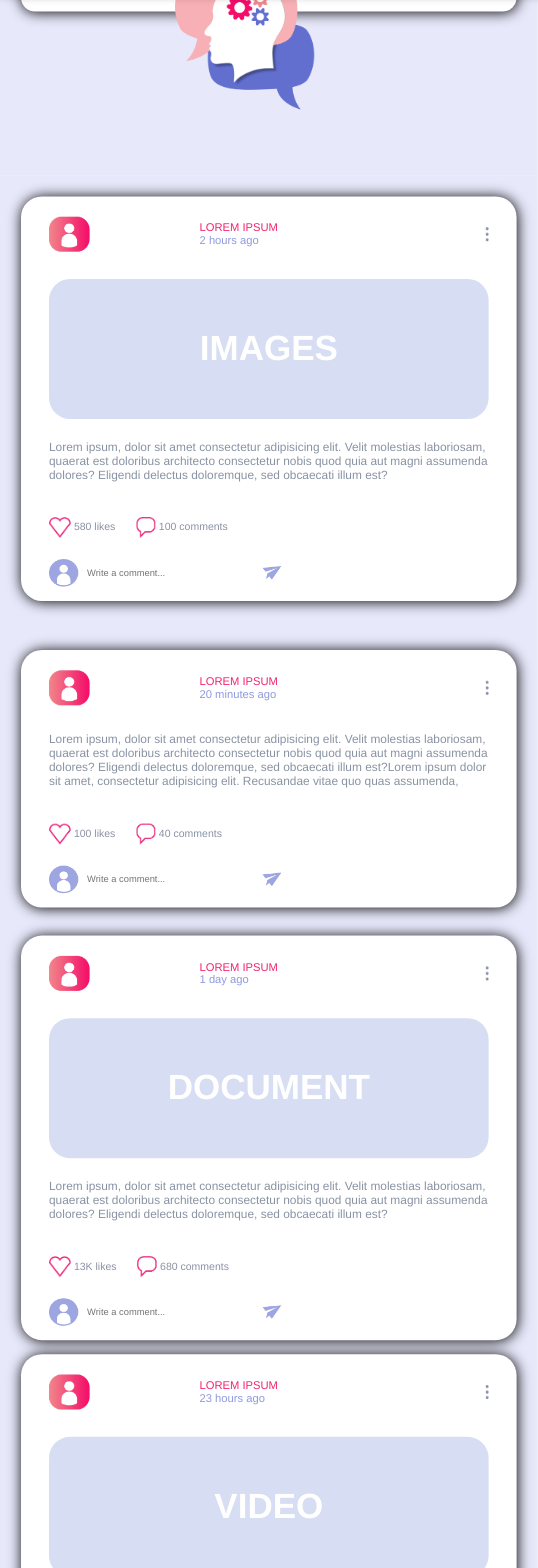
Repository: hemantsaini-7/FeedBoardMKB
Page: /
The author's editor kept a copy of each file at every save. The page is drawn from the files as they stood at one save, then again after the next save.
The browser window is 768 px wide. The pictures show the part of the page from y = 812 to 3052 px (the page is 3520 px tall), at 70% of full size.
The project was rebuilt for these pictures with package versions that can differ from the ones it lists, and the page was loaded fresh each time.

Above is the page before, as saved 2020-07-30 20:15:52.

### src/App.js
import React from "react";
import Upper from "./components/Upper";
import Bottom from "./components/Bottom";
import "./style.css";
import "./media.css";

function App() {
  return (
    <div>
      <Upper />
      <Bottom />
    </div>
  );
}

export default App;

### src/components/Upper.js
import React, { Fragment } from "react";
import cameraIcon from "./assets/Images/camera-icon.png";
import videoIcon from "./assets/Images/video-icon.png";
import fileIcon from "./assets/Images/file-icon.png";
import buttonIcon from "./assets/Images/button-icon.png";
import Illustration from "./assets/Images/illustration.png";
import TextLines from "./assets/ImgMobile/textlines.png";
import Dashed from "./assets/ImgMobile/dashed.png";
import ImgIcon from "./assets/ImgMobile/imageicon.png";
import VidIcon from "./assets/ImgMobile/videoicon.png";
import DocIcon from "./assets/ImgMobile/docicon.png";
import MobIll from "./assets/ImgMobile/mob-ill.png";
import Header from "./Header";

function Upper() {
  return (
    <Fragment>
      <Header />
      <div className='upper'>
        <div className='top-block'>
          <h1 className='upper-head'>
            SPEAK YOUR <span className='mkbspan'>MAN KI BAAT</span>
          </h1>
          <div className='input-div'>
            <textarea id='text' className='input-field'></textarea>
          </div>
          <div className='icons'>
            <img src={cameraIcon} alt='' />
            <img src={videoIcon} alt='' />
            <img src={fileIcon} alt='' className='fileicon' />
            <div className='share-btn'>
              <h3>SHARE</h3>
              <img src={buttonIcon} alt='' className='btnicon' />
            </div>
          </div>
        </div>
        <div className='right-img'>
          <img src={Illustration} alt='' />
        </div>

        <div className='waves'></div>
      </div>
      <div className='mobile-upper'>
        <div className='upper-mob'>
          <h1 className='upper-tophead'>
            Share Your <span style={{ color: "#626fcf" }}>Man Ki Baat</span>
          </h1>
          <img src={TextLines} alt='' className='textlines' />
          <div className='sharing'>
            <img src={Dashed} alt='' className='dashed' />
            <img src={ImgIcon} alt='' className='shicon imgicon' />
            <img src={VidIcon} alt='' className='shicon vidicon' />
            <img src={DocIcon} alt='' className='shicon docicon' />
            <p className='para-mob'>
              Upload your images, videos or documents here
            </p>
          </div>
          <button className='btn-share'>Share Now!</button>
        </div>
        <img src={MobIll} className='mob-right-img' alt='' />
      </div>
    </Fragment>
  );
}

export default Upper;

### src/components/Bottom.js
import React, { Fragment } from "react";
import buttonIcon from "./assets/Images/button-icon.png";
import PostBlockOne from "./PostBlockOne";
import PostBlockTwo from "./PostBlockTwo";
import PostBlockThree from "./PostBlockThree";
import PostBlockFour from "./PostBlockFour";
import Footer from "./Footer";

function Bottom() {
  return (
    <Fragment>
      <div className='bottom'>
        <div className='b-content'>
          <div className='b-upper'>
            <PostBlockOne />
            <PostBlockTwo />
          </div>
          <div className='b-lower'>
            <PostBlockThree />
            <PostBlockFour />
          </div>
        </div>
        <div className='bottom-btn'>
          <img src={buttonIcon} className='btnimg' alt='' />
          <button href='#' className='btn-bottom'>
            Load More
          </button>
        </div>
      </div>
      <Footer />
    </Fragment>
  );
}

export default Bottom;

### src/style.css
body {
  margin: 0px auto;
  overflow-x: hidden;
}
.upper {
  background: url("./components/assets/Images/bck1.png");
  position: relative;
  padding-top: 100px;
  margin: 0px;
}

.waves {
  background: url("./components/assets/Images/waves.png") center no-repeat;
  background-size: cover;
  width: 100%;
  height: 300px;
}

.mkbspan {
  color: #8f99dd;
}
.btnicon {
  width: 150px !important;
  height: 40px;
}
.fileicon {
  width: 50px;
  height: 40px;
}
.addpara {
  color: white;
  font-weight: bold;
  margin-top: 70px;
  font-size: 50px;
  text-align: center;
  font-family: Helvetica, sans-serif;
}
.btniconstyle {
  height: 40px;
  display: flex;
  margin: auto;
}
.newhead {
  color: #ffd9de;
}
.top-block {
  position: relative;
  background-color: #fff;
  box-shadow: 1px 1px 20px #000;
  padding: 20px 40px;
  display: flex;
  flex-direction: column;
  border-radius: 30px;
  width: 800px;
  height: 400px;
  margin: 0px 140px;
  margin-bottom: 100px;
}

.right-img img {
  z-index: 100;
  position: absolute;
  width: 400px;
  height: 400px;
  top: 150px;
  left: 940px;
}
.upper-head {
  border-radius: 25px;
  box-shadow: 0px 0px 10px 0px #000;
  padding: 16px 20px;
  width: 840px;
  font-family: Helvetica, sans-serif;
  color: #f3236f;
  font-size: 40px;
  z-index: 100;
  position: absolute;
  top: -27px;
  left: 0px;
}

.icons {
  position: absolute;
  top: 300px;
  margin-top: 60px;
}
.icons img {
  cursor: pointer;
  margin-left: 20px;
  width: 50px;
}
.share-btn {
  position: absolute;
  cursor: pointer;
  top: 0px;
  left: 600px;
}
.share-btn h3 {
  position: absolute;
  top: -10px;
  left: 60px;
  color: #fff;
  font-family: Helvetica, sans-serif;
}
.input-field {
  position: absolute;
  top: 150px;
  left: 50px;
  height: 160px;
  width: 700px;
  font-size: 18px;
  border: 0;
  color: #8992a3;
}
.input-field:focus {
  outline: none;
}
/* !@###############################!@#@#@!#@!#@!#@!!!!!!!!1111111 */

.bottom {
  background: url("./components/assets/Images/bck2.png") no-repeat center;
  background-size: cover;
  margin: 0px;
  font-family: Helvetica, sans-serif;
}
.b-content {
  margin-top: 0px;
  display: grid;
  grid-template-columns: 1fr;
  grid-gap: 30px;
}
.b-upper,
.b-lower {
  margin: 30px 80px;
  display: grid;
  grid-template-columns: repeat(2, 1fr);
  grid-gap: 20px;
}
.block {
  background-color: #fff;
  box-shadow: 1px 1px 20px #000;
  padding: 20px 40px;
  display: flex;
  flex-direction: column;
  border-radius: 30px;
}

.feedboard-title {
  font-family: Helvetica, sans-serif;
  color: #f7b0b9;
  font-size: 5rem;
  text-align: center;
  margin: 30px;
  margin-top: 50px;
}
.head-block {
  display: flex;
  justify-content: space-between;
  align-items: center;
}
.head-block p {
  color: #f3236f;
}
.block-content {
  color: #8992a3;
  font-weight: 400;
  font-size: 17px;
  margin-top: 30px;
}
.block-bottom {
  display: flex;
  margin-top: 20px;
  margin-left: -30px;
}
.like {
  cursor: pointer;
  height: 30px;
  margin: 30px;
}
.comment {
  cursor: pointer;
  height: 30px;
  margin: 30px;
}
.textl {
  color: #8992a3;
  font-size: 15px;
  margin-top: 35px;
  margin-left: -25px;
}
.profile-icon {
  cursor: pointer;
  height: 50px;
}
.dots {
  cursor: pointer;
  height: 20px;
}
.video-div {
  margin-top: 30px;
  height: 200px;
  border-radius: 30px;
  background-color: #d7def4;
}
.document-div {
  margin-top: 30px;
  height: 200px;
  border-radius: 30px;
  background-color: #d7def4;
}
.images-div {
  margin-top: 30px;
  height: 200px;
  border-radius: 30px;
  background-color: #d7def4;
}
.head-head {
  margin-left: -280px;
}
.btnimg {
  position: relative;
  top: 0px;
  left: 686px;
  width: 150px;
}
.btn-bottom {
  position: absolute;
  font-size: 20px;
  font-weight: bold;
  text-decoration: none;
  color: #fff;
  position: relative;
  left: 525px;
  top: -13px;
  padding: 20px 30px;
}
.inner-block {
  position: relative;
  top: 39px;
}
.commentSection {
  display: none;
}

.fbfooter {
  display: none;
}
.headerMob {
  display: none;
}
.mobile-upper {
  display: none;
}

### src/media.css
@media (max-width: 768px) {
  * {
    font-family: Helvetica, sans-serif;
  }
  .mobile-upper {
    background-color: #e7e8fa;
    display: block;
    margin-top: 100px;
    padding-top: 10px;
  }
  .upper {
    display: none;
  }
  .bottom {
    overflow: hidden;
    margin: 0px;
  }

  .b-upper,
  .b-lower {
    margin: 30px 0px;
    display: grid;
    grid-template-columns: 1fr;
  }
  .b-lower {
    margin-bottom: 150px;
  }
  .textl {
    color: #8992a3;
    font-size: 15px;
    margin-top: 35px;
    margin-left: -25px;
  }
  .block {
    margin: 0 30px;
  }
  .head-head {
    margin-left: -140px;
  }
  .btn-bottom {
    display: none;
  }
  .inner-block {
    position: relative;
    top: 50px;
  }
  .feedboard-title {
    font-size: 4rem;
    margin-top: 50px;
    margin-bottom: 0px;
  }
  /* havdshsgdhghjdahkjsahjkdbhkaslkdm */

  body {
    overflow: visible;
  }

  .header-img {
    top: 74px;
    left: 19px;
    width: 455px;
    height: 70px;
  }

  .top-block {
    width: 370px;
    height: 400px;
    margin: 0px 20px;
  }

  .right-img img {
    top: 600px;
    left: 40px;
  }
  .upper-head {
    width: 410px;
    font-size: 30px;
    top: -24px;
  }

  .icons {
    margin-top: 80px;
  }
  .icons img {
    margin-left: 10px;
    width: 40px;
  }
  .share-btn {
    top: 0px;
    left: 240px;
  }
  .share-btn h3 {
    top: -10px;
    left: 40px;
  }
  .input-field {
    width: 360px;
  }

  .waves {
    display: none;
    margin-top: 500px;
  }

  /* hdjhsjdksajdla;s */
  .commentSection {
    display: flex;
  }
  .cinput {
    border: 0;
    margin-left: 10px;
  }
  .cinput:focus {
    outline: none;
  }
  .cicon {
    height: 40px;
  }
  .csend {
    cursor: pointer;
    margin-left: 100px;
    height: 20px;
    margin-top: 10px;
  }
  /* shdghjsdhksjhds */

  .fbfooter {
    display: block;
    width: 100%;
    position: fixed;
    color: #fff;
    bottom: 0;
    margin: -30px;
  }
  .headerMob {
    display: flex;
    background-color: #fff;
    justify-content: space-between;
    box-shadow: 1px 1px 10px #000;
    width: 100%;
    position: fixed;
    padding: 10px 0;
    color: #fff;
    top: 0;
    height: 60px !important;
    z-index: 1000000;
  }
  .footerImg {
    height: 180px;
    width: 110%;
  }
  .fbhamburger {
    height: 33px;
    margin-top: 15px;
    margin-right: 10px;
    cursor: pointer;
  }
  .fblogo {
    height: 70px;
    margin-top: 0px;
    margin-left: 10px;
    cursor: pointer;
  }
  .fbhead2 {
    color: #f7b0b5;
  }
  .fbhead {
    margin-top: 7px;
    font-family: Helvetica, sans-serif;
    font-weight: 900;
    font-size: 35px;
    color: #ed257a;
  }
  .fhome {
    cursor: pointer;
    position: relative;
    bottom: -130px;
    left: 50px;
    height: 35px;
  }
  .fsearch {
    cursor: pointer;
    position: relative;
    bottom: -130px;
    left: 100px;
    height: 35px;
  }
  .fmain {
    cursor: pointer;
    position: relative;
    bottom: -135px;
    left: 139px;
    height: 90px;
  }
  .fsettings {
    cursor: pointer;
    position: relative;
    bottom: -130px;
    left: 180px;
    height: 35px;
  }
  .ficon {
    cursor: pointer;
    position: relative;
    bottom: -130px;
    left: 220px;
    height: 35px;
  }

  /* sdfghjsdkjsdhf. */
  .upper-mob {
    background-color: #fff;
    margin: 30px;
    border-radius: 20px;
    box-shadow: 1px 1px 20px #000;
    padding: 20px 30px;
    display: flex;
    flex-direction: column;
    align-items: center;
    justify-content: center;
  }
  .textlines {
    width: 100%;
  }
  .dashed {
    width: 100%;
    margin-top: 50px;
  }
  .shicon {
    cursor: pointer;
    width: 60px;
    position: relative;
    top: -130px;
    left: 60px;
  }
  .vidicon {
    margin-left: 30px;
  }
  .docicon {
    margin-left: 30px;
    height: 54px;
    width: 55px;
  }
  .para-mob {
    position: relative;
    top: -120px;
    left: 30px;
    font-size: 15px;
    font-weight: 500;
    color: #a1a8e2;
  }
  .btn-share {
    cursor: pointer;
    border: 0;
    border-radius: 15px;
    padding: 10px 30px;
    color: #fff;
    background-color: #626fcf;
    font-size: 16px;
    margin-top: -50px;
    margin-left: -200px;
  }
  .mob-right-img {
    position: relative;
    top: -90px;
    left: 250px;
    height: 200px;
  }
  .upper-tophead {
    color: #ed257a;
    font-weight: 780;
  }
  .bottom {
    background: url("");
    background-color: #e7e8fa;
    margin: 0px;
    font-family: Helvetica, sans-serif;
  }
  .feedboard-title {
    display: none;
  }
}

### src/components/Header.js
import React from "react";
import Logo from "./assets/ImgMobile/logo.png";
import Hamburger from "./assets/ImgMobile/hamburger.png";

function Header() {
  return (
    <header className='headerMob'>
      <img src={Logo} alt='' className='fblogo' />
      <h1 className='fbhead'>
        Feed<span className='fbhead2'>Board</span>
      </h1>
      <img src={Hamburger} alt='' className='fbhamburger' />
    </header>
  );
}

export default Header;

### src/components/PostBlockOne.js
import React from "react";
import profileIcon from "./assets/Images/profile-icon.png";
import dots from "./assets/Images/dots.png";
import likeIcon from "./assets/Images/like-icon.png";
import commentIcon from "./assets/Images/comment-icon.png";
import CIcon from "./assets/ImgMobile/cicon.png";
import CSend from "./assets/ImgMobile/csend.png";
function PostBlockOne() {
  return (
    <div className='block block-1'>
      <div className='head-block'>
        <img src={profileIcon} alt='' className='profile-icon' />
        <p className='head-head'>
          LOREM IPSUM <br />
          <span className='mkbspan'> 2 hours ago </span>
        </p>
        <img src={dots} alt='' className='dots' />
      </div>
      <div className='images-div'>
        <p className='addpara'>IMAGES</p>
      </div>
      <div className='block-content'>
        Lorem ipsum, dolor sit amet consectetur adipisicing elit. Velit
        molestias laboriosam, quaerat est doloribus architecto consectetur nobis
        quod quia aut magni assumenda dolores? Eligendi delectus doloremque, sed
        obcaecati illum est?
      </div>
      <div className='block-bottom'>
        <img src={likeIcon} alt='' className='like' />
        <p className='textl'>580 likes</p>
        <img src={commentIcon} alt='' className='comment' />
        <p className='textl'>100 comments</p>
      </div>
      <div className='commentSection'>
        <img src={CIcon} alt='' className='cicon' />
        <input
          type='text'
          placeholder='Write a comment...'
          className='cinput'
        />
        <img src={CSend} alt='' className='csend' />
      </div>
    </div>
  );
}

export default PostBlockOne;

### src/components/PostBlockTwo.js
import React from "react";
import profileIcon from "./assets/Images/profile-icon.png";
import dots from "./assets/Images/dots.png";
import likeIcon from "./assets/Images/like-icon.png";
import commentIcon from "./assets/Images/comment-icon.png";
import CIcon from "./assets/ImgMobile/cicon.png";
import CSend from "./assets/ImgMobile/csend.png";
function PostBlockTwo() {
  return (
    <div className='block-2'>
      <h1 className='feedboard-title'>
        FEED<span className='newhead'>BOARD</span>
      </h1>
      <div className='block inner-block'>
        <div className='head-block'>
          <img src={profileIcon} alt='' className='profile-icon' />
          <p className='head-head'>
            LOREM IPSUM <br />
            <span className='mkbspan'> 20 minutes ago </span>
          </p>
          <img src={dots} alt='' className='dots' />
        </div>
        <div className='block-content'>
          Lorem ipsum, dolor sit amet consectetur adipisicing elit. Velit
          molestias laboriosam, quaerat est doloribus architecto consectetur
          nobis quod quia aut magni assumenda dolores? Eligendi delectus
          doloremque, sed obcaecati illum est?Lorem ipsum dolor sit amet,
          consectetur adipisicing elit. Recusandae vitae quo quas assumenda,
        </div>
        <div className='block-bottom'>
          <img src={likeIcon} alt='' className='like' />
          <p className='textl'>100 likes</p>
          <img src={commentIcon} alt='' className='comment' />
          <p className='textl'>40 comments</p>
        </div>
        <div className='commentSection'>
          <img src={CIcon} alt='' className='cicon' />
          <input
            type='text'
            placeholder='Write a comment...'
            className='cinput'
          />
          <img src={CSend} alt='' className='csend' />
        </div>
      </div>
    </div>
  );
}

export default PostBlockTwo;

### src/components/PostBlockThree.js
import React from "react";
import profileIcon from "./assets/Images/profile-icon.png";
import dots from "./assets/Images/dots.png";
import likeIcon from "./assets/Images/like-icon.png";
import commentIcon from "./assets/Images/comment-icon.png";
import CIcon from "./assets/ImgMobile/cicon.png";
import CSend from "./assets/ImgMobile/csend.png";
function PostBlockThree() {
  return (
    <div className='block block-3'>
      <div className='head-block'>
        <img src={profileIcon} alt='' className='profile-icon' />
        <p className='head-head'>
          LOREM IPSUM <br />
          <span className='mkbspan'> 1 day ago </span>
        </p>
        <img src={dots} alt='' className='dots' />
      </div>
      <div className='document-div'>
        <p className='addpara'>DOCUMENT</p>
      </div>
      <div className='block-content'>
        Lorem ipsum, dolor sit amet consectetur adipisicing elit. Velit
        molestias laboriosam, quaerat est doloribus architecto consectetur nobis
        quod quia aut magni assumenda dolores? Eligendi delectus doloremque, sed
        obcaecati illum est?
      </div>
      <div className='block-bottom'>
        <img src={likeIcon} alt='' className='like' />
        <p className='textl'>13K likes</p>
        <img src={commentIcon} alt='' className='comment' />
        <p className='textl'>680 comments</p>
      </div>
      <div className='commentSection'>
        <img src={CIcon} alt='' className='cicon' />
        <input
          type='text'
          placeholder='Write a comment...'
          className='cinput'
        />
        <img src={CSend} alt='' className='csend' />
      </div>
    </div>
  );
}

export default PostBlockThree;

### src/components/PostBlockFour.js
import React from "react";
import profileIcon from "./assets/Images/profile-icon.png";
import dots from "./assets/Images/dots.png";
import likeIcon from "./assets/Images/like-icon.png";
import commentIcon from "./assets/Images/comment-icon.png";
import CIcon from "./assets/ImgMobile/cicon.png";
import CSend from "./assets/ImgMobile/csend.png";

function PostBlockFour() {
  return (
    <div className='block block-4'>
      <div className='head-block'>
        <img src={profileIcon} alt='' className='profile-icon' />
        <p className='head-head'>
          LOREM IPSUM <br />
          <span className='mkbspan'> 23 hours ago </span>
        </p>
        <img src={dots} alt='' className='dots' />
      </div>
      <div className='video-div'>
        <p className='addpara'>VIDEO</p>
      </div>
      <div className='block-content'>
        Lorem ipsum, dolor sit amet consectetur adipisicing elit. Velit
        molestias laboriosam, quaerat est doloribus architecto consectetur nobis
        quod quia aut magni assumenda dolores? Eligendi delectus doloremque, sed
        obcaecati illum est?
      </div>
      <div className='block-bottom'>
        <img src={likeIcon} alt='' className='like' />
        <p className='textl'>10K likes</p>
        <img src={commentIcon} alt='' className='comment' />
        <p className='textl'>240 comments</p>
      </div>
      <div className='commentSection'>
        <img src={CIcon} alt='' className='cicon' />
        <input
          type='text'
          placeholder='Write a comment...'
          className='cinput'
        />
        <img src={CSend} alt='' className='csend' />
      </div>
    </div>
  );
}

export default PostBlockFour;

### src/components/Footer.js
import React from "react";
import Home from "./assets/ImgMobile/home.png";
import Search from "./assets/ImgMobile/search.png";
import FMain from "./assets/ImgMobile/fmain.png";
import Settings from "./assets/ImgMobile/settings.png";
import CIcon from "./assets/ImgMobile/cicon.png";
import FooterImg from "./assets/ImgMobile/footerImg.png";

function Footer() {
  return (
    <div className='fbfooter'>
      <img src={Home} alt='' className='fhome' />
      <img src={Search} alt='' className='fsearch' />
      <img src={FMain} alt='' className='fmain' />
      <img src={Settings} alt='' className='fsettings' />
      <img src={CIcon} alt='' className='ficon' />
      <img src={FooterImg} className='footerImg' alt='' />
    </div>
  );
}

export default Footer;

Loaded but not shown: public/index.html (common file); src/index.js (common file); src/index.css (common file); src/serviceWorker.js (common file)

After the next save:
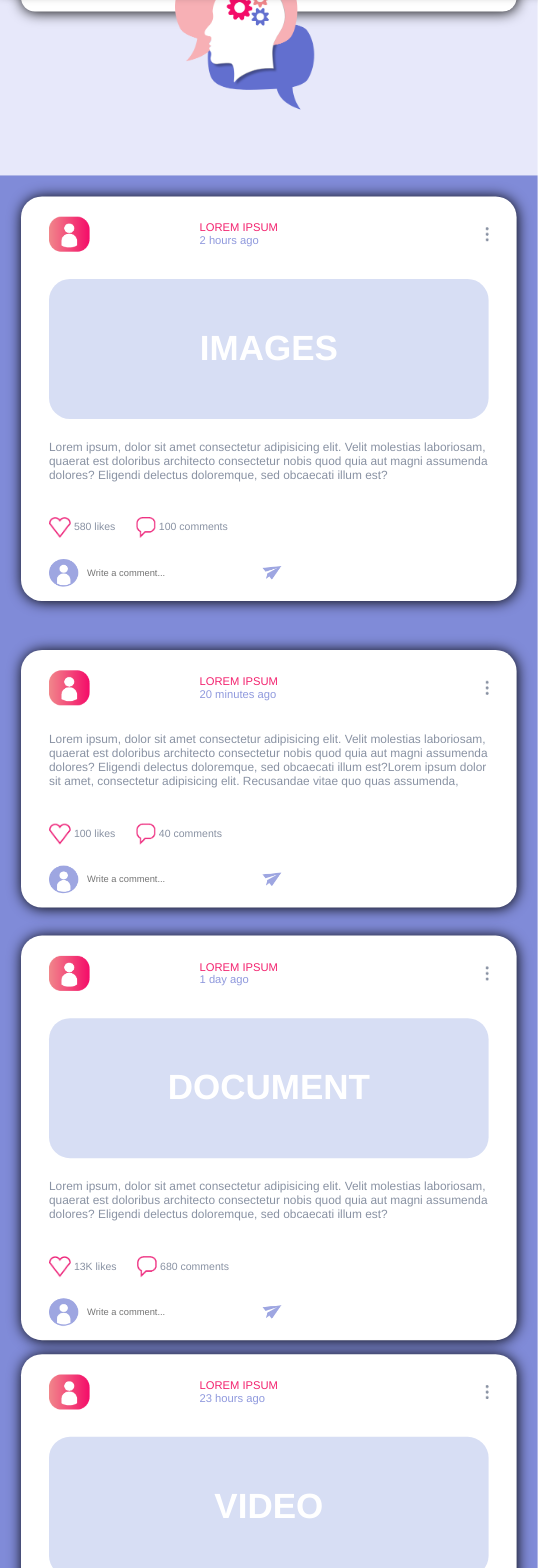
Saved 21 s later.
--- a/src/media.css
+++ b/src/media.css
@@ -271,7 +271,7 @@
     font-weight: 780;
   }
   .bottom {
-    background: url("");
+    background: none
     background-color: #e7e8fa;
     margin: 0px;
     font-family: Helvetica, sans-serif;

After the save that followed:
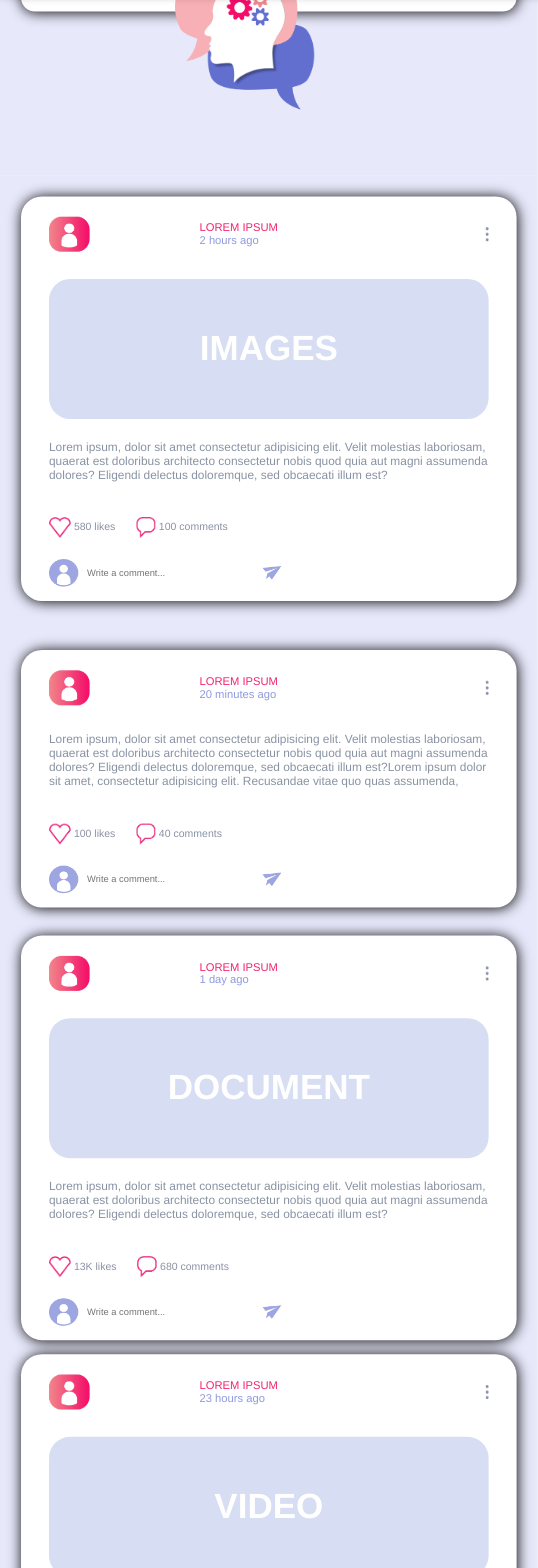
Saved 4 s later.
--- a/src/media.css
+++ b/src/media.css
@@ -271,7 +271,7 @@
     font-weight: 780;
   }
   .bottom {
-    background: none
+    background: none;
     background-color: #e7e8fa;
     margin: 0px;
     font-family: Helvetica, sans-serif;
